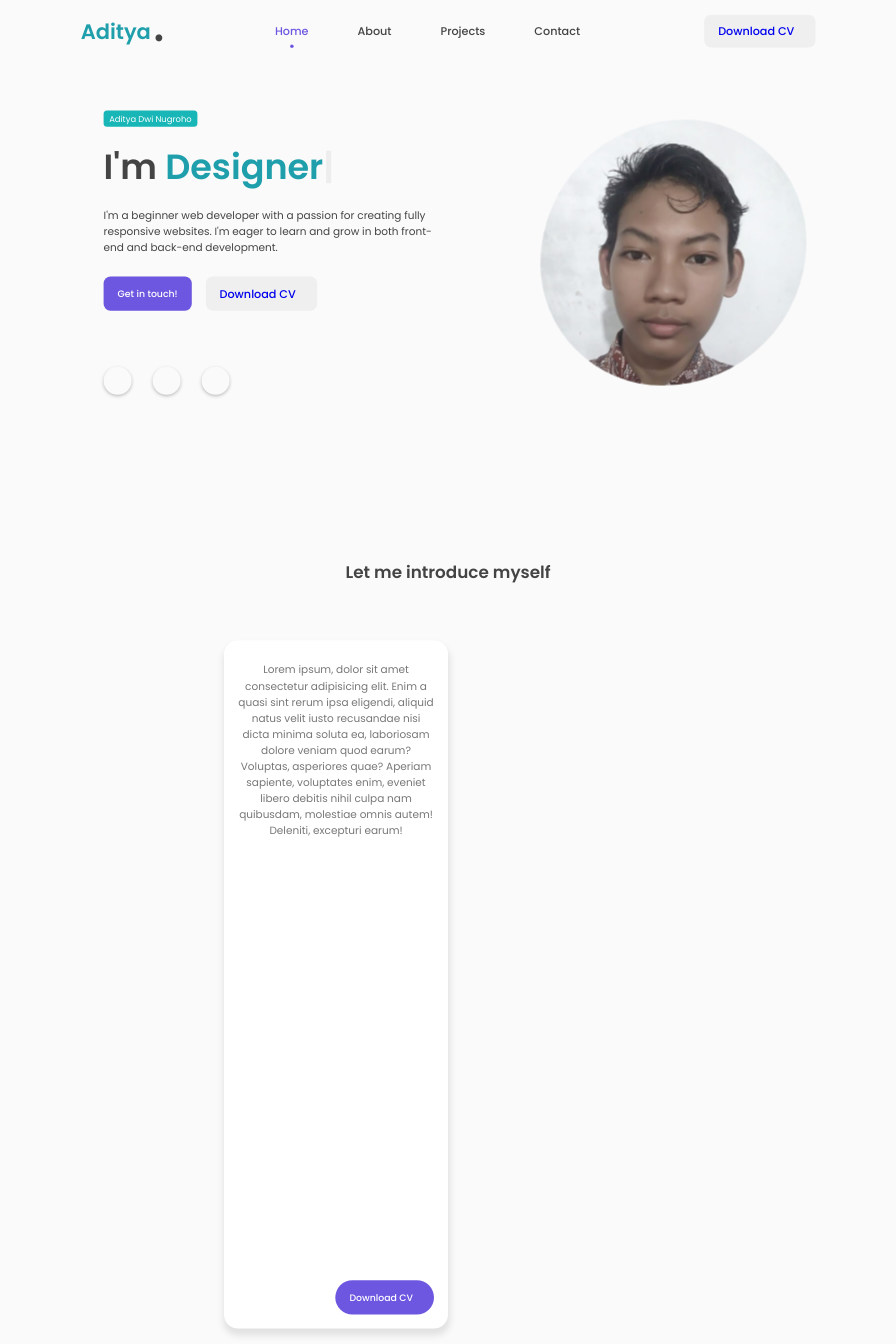
Repository: 4Kbrain/Portofolio
Page: index.html
These files come from the project's save history. The page is drawn as it stood at one moment and after the next save; the edit follows.
The browser window is 1280 px wide. The pictures show the part of the page from y = 0 to 1920 px (the page is 3746 px tall before and 3116 px after), at 70% of full size.
Some icons come from a web library that is not loaded, so they are not drawn.

Above is the page before, as saved 2024-05-15 19:17:19.
Console error: ReferenceError: ScrollReveal is not defined

After the next save:
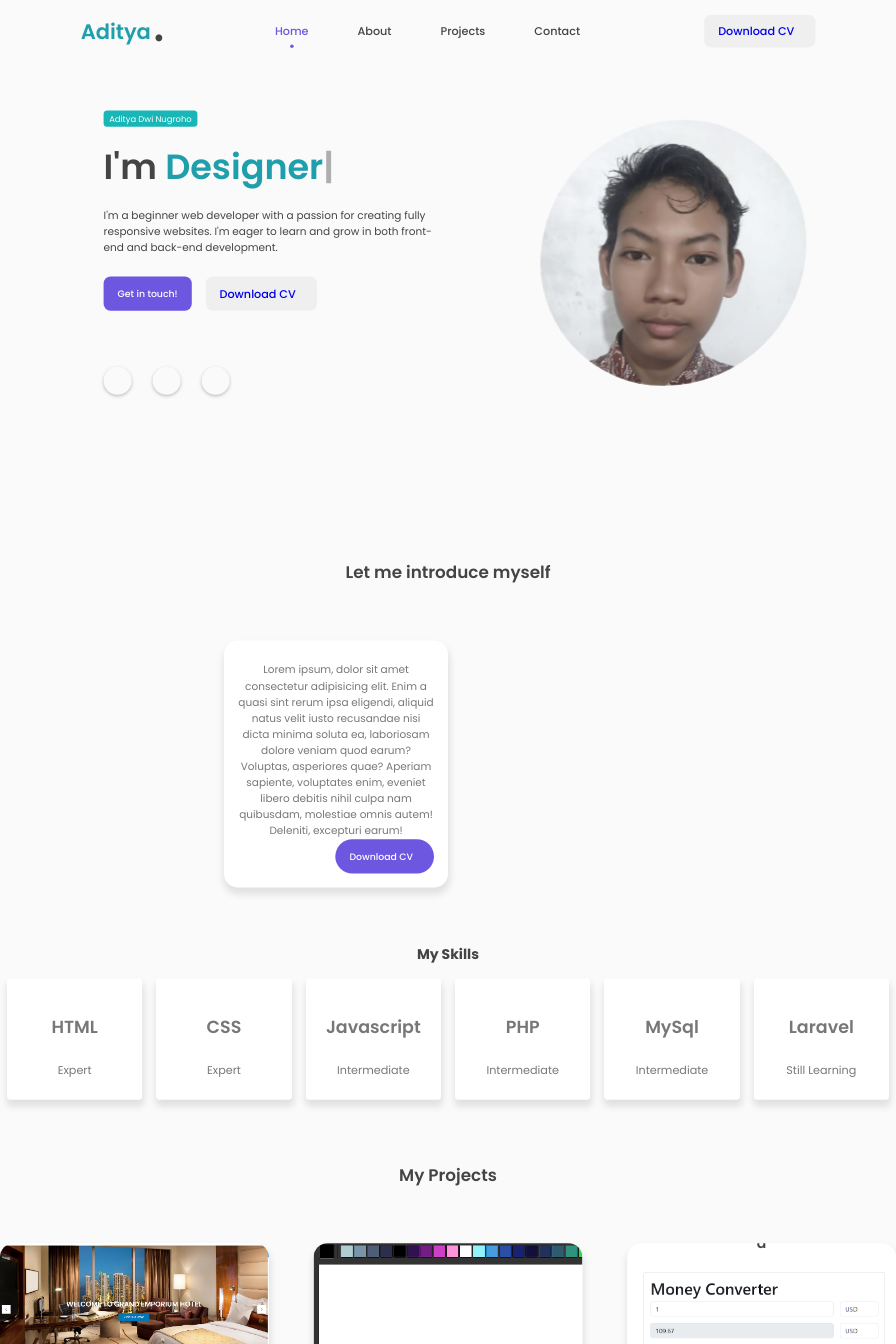
Saved 5 s later.
--- a/assets/css/style.css
+++ b/assets/css/style.css
@@ -310,7 +310,7 @@ h3{
     text-align: center;
     margin-left: 50%;
     flex-direction: column;
-    padding-block: 30px 700px;
+    padding-block: 30px 70px;
     padding-inline: 20px;
     width: 100%;
     background: var(--color-white);
